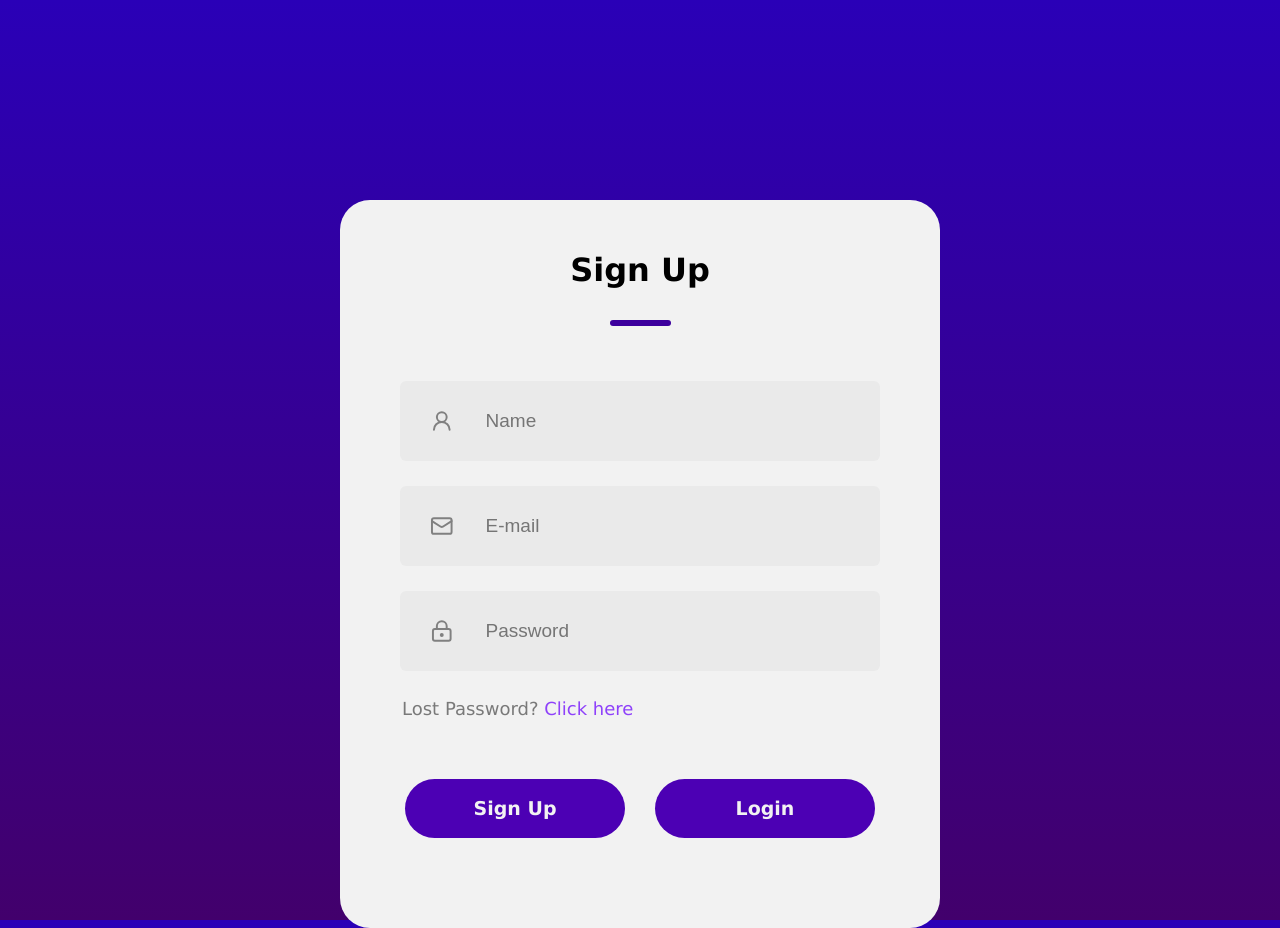
Repository: guilhermecardoso93/login-page
Page: /
An editor plug-in stored every save of this project. The page is shown before and after the next save, followed by the edit.
The browser window is 1280 px wide. The pictures show the whole page.
The project was rebuilt for these pictures with package versions that can differ from the ones it lists, and the page was loaded fresh each time. Also part of the build but not shown: vite.config.js.

Above is the page before, as saved 2024-10-22 19:38:39.

### index.html
<!doctype html>
<html lang="en">
  <head>
    <meta charset="UTF-8" />
    <link rel="icon" type="image/svg+xml" href="" />
    <meta name="viewport" content="width=device-width, initial-scale=1.0" />
    <title>Login | SignUp</title>
  </head>
  <body>
    <div id="root"></div>
    <script type="module" src="/src/main.jsx"></script>
  </body>
</html>

### src/App.jsx
import { Login } from "./components/Login/Login";

export default function App() {
  return (
    <>
      <Login />
    </>
  );
}

### src/index.css
body {
  margin: 0;
  font-family: 'Lucida Sans', 'Lucida Sans Regular', 'Lucida Grande', 'Lucida Sans Unicode', Geneva, Verdana, sans-serif;
  -webkit-font-smoothing: antialiased;
  -moz-osx-font-smoothing: grayscale;
  height: 100vh;
  background: linear-gradient(#2A00B7, #42006c);
}

code {
  font-family: source-code-pro, Menlo, Monaco, Consolas, "Courier New", monospace;
}

### src/components/Login/Login.jsx
import { UserRound, Mail, LockKeyhole } from "lucide-react";
import "./Login.css";
import { useState } from "react";

export const Login = () => {
  const [action, setAction] = useState("Sign Up");

  return (
    <div className="container">
      <header>
        <h1>{action}</h1>
        <div className="underline"></div>
      </header>{" "}
      <div className="inputs">
        <div className="input">
          <UserRound color="gray" size={24} className="icon" />
          <input type="text" placeholder="Name"/>
        </div>

        <div className="input">
          <Mail color="gray" size={24} className="icon" />
          <input type="email" placeholder="E-mail" />
        </div>

        <div className="input">
          <LockKeyhole color="gray" size={24} className="icon" />
          <input type="password" placeholder="Password" />
        </div>
      </div>
      <div className="forgot-password">
        Lost Password? <span>Click here</span>
      </div>
      <div className="submit-container">
        <div className="submit">Sign Up</div>
        <div className="login">Login</div>
      </div>
    </div>
  );
};

### src/components/Login/Login.css
.container {
  display: flex;
  flex-direction: column;
  margin: auto;
  margin-top: 200px;
  width: 600px;
  padding-bottom: 30px;
  border-radius: 30px;
  background: #f2f2f2;
}

header {
  display: flex;
  flex-direction: column;
  align-items: center;
  gap: 9px;
  width: 100%;
  margin-top: 30px;
}

header span {
  color: #3c009d;
  font-size: 48px;
  font-weight: 700;
}

.underline {
  width: 61px;
  height: 6px;
  background-color: #3c009d;
  border-radius: 9px;
}

.inputs {
  margin-top: 55px;
  display: flex;
  flex-direction: column;
  gap: 25px;
}

.input {
  display: flex;
  align-items: center;
  justify-content: center;
  margin: auto;
  width: 480px;
  height: 80px;
  background-color: #eaeaea;
  border-radius: 6px;
}

.input .icon {
  margin: 0px 30px;
}

.input input {
  height: 50px;
  width: 400px;
  background: transparent;
  border: none;
  outline: none;
  color: #797979;
  font-size: 19px;
}

.forgot-password {
  padding-left: 62px;
  margin-top: 27px;
  color: #797979;
  font-size: 18px;
}

.forgot-password span {
  color: #8e41fa;
  cursor: pointer;
}

.forgot-password span:hover {
  color: #3c009d;
}

.submit-container {
  display: flex;
  gap: 30px;
  margin: 60px auto;
}

.submit, .login {
  display: flex;
  justify-content: center;
  align-items: center;
  width: 220px;
  height: 59px;
  color: #f2f2f2;
  background-color: #4c00b4;
  border-radius: 50px;
  font-size: 19px;
  font-weight: 700;
  cursor: pointer;
}

.submit:hover, .login:hover {
  background-color: #8e41fa;
}

Loaded but not shown: src/main.jsx (common file)

After the next save:
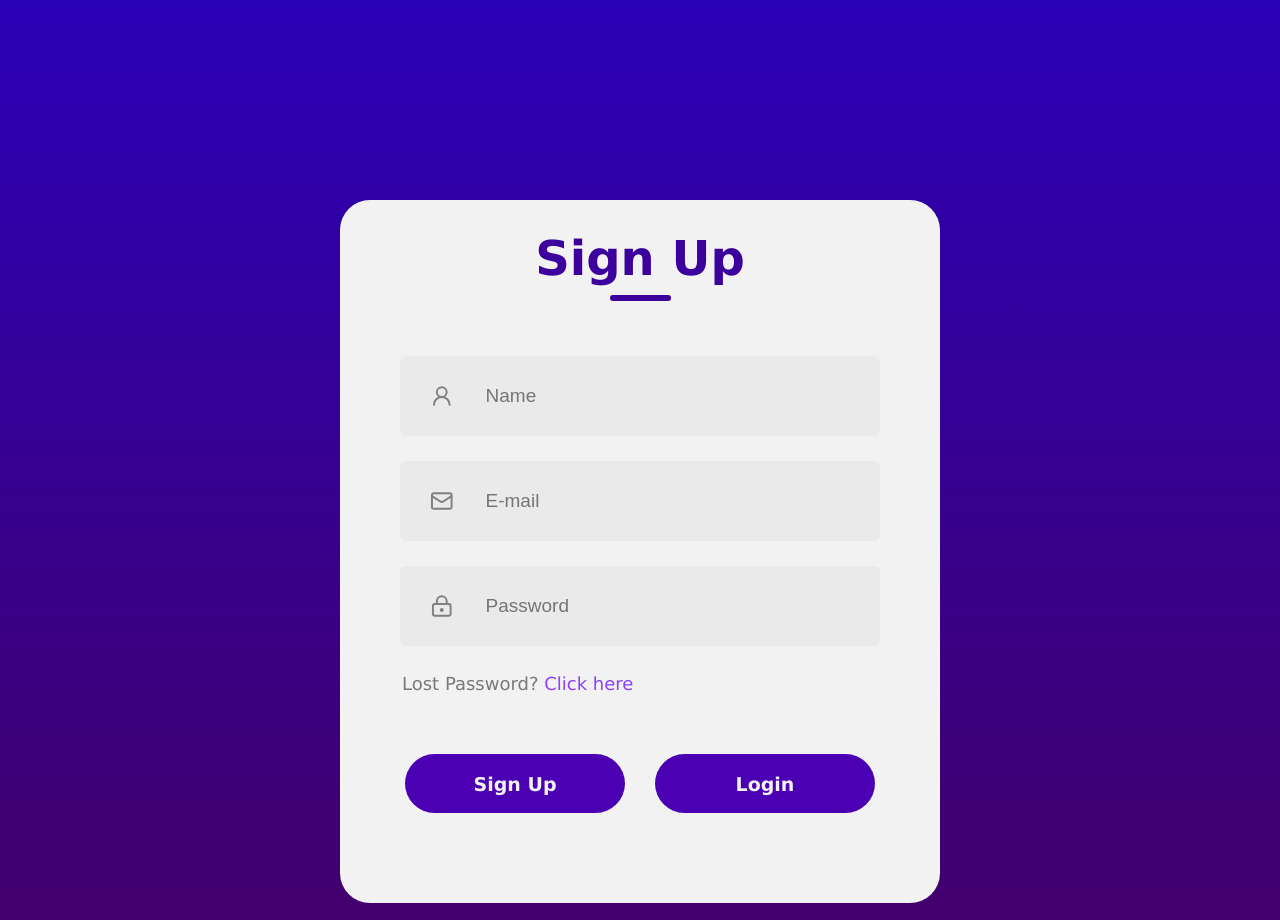
Saved 6 s later.
--- a/src/components/Login/Login.jsx
+++ b/src/components/Login/Login.jsx
@@ -8,7 +8,7 @@ export const Login = () => {
   return (
     <div className="container">
       <header>
-        <h1>{action}</h1>
+        <span>{action}</span>
         <div className="underline"></div>
       </header>{" "}
       <div className="inputs">
